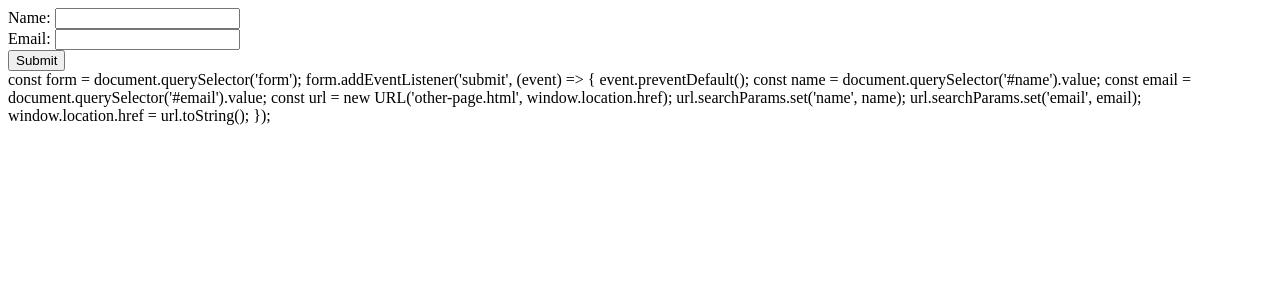
Repository: hisu87/WEB1043-JS
Page: Lab-Done-JS/Lab-7/html/three.html
These files come from the project's save history. The page is drawn as it stood at one moment and after the next save; the edit follows.
The browser window is 1280 px wide. The pictures show the whole page.

Above is the page before, as saved 2023-04-08 11:58:32.

### Lab-Done-JS/Lab-7/html/three.html

<!DOCTYPE html>
<html>
<head>
	<title>Form Submission</title>
</head>
<!-- In your HTML file -->
<form action="other-page.html" method="post">
  <label for="name">Name:</label>
  <input type="text" id="name" name="name"><br>

  <label for="email">Email:</label>
  <input type="email" id="email" name="email"><br>

  <button type="submit">Submit</button>
</form>

<!-- In your JavaScript file -->
const form = document.querySelector('form');
form.addEventListener('submit', (event) => {
  event.preventDefault();

  const name = document.querySelector('#name').value;
  const email = document.querySelector('#email').value;

  const url = new URL('other-page.html', window.location.href);
  url.searchParams.set('name', name);
  url.searchParams.set('email', email);

  window.location.href = url.toString();
});
</body>
</html>

After the next save:
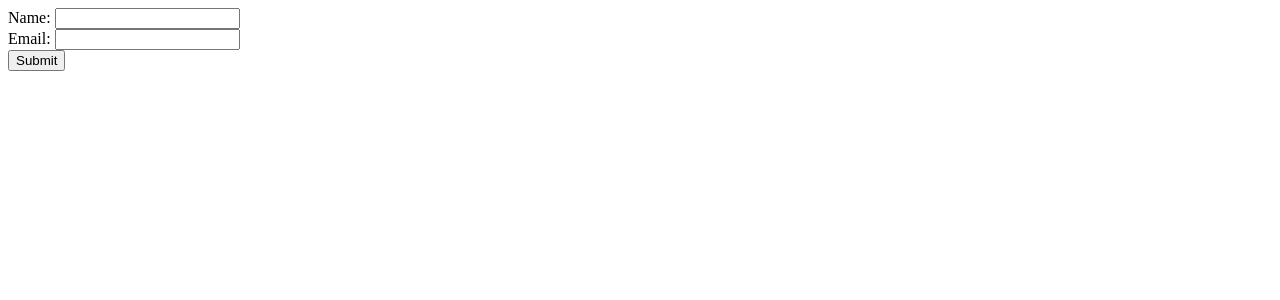
Saved 89 s later.
--- a/Lab-Done-JS/Lab-7/html/three.html
+++ b/Lab-Done-JS/Lab-7/html/three.html
@@ -1,33 +1,37 @@
-
 <!DOCTYPE html>
 <html>
+
 <head>
 	<title>Form Submission</title>
 </head>
 <!-- In your HTML file -->
-<form action="other-page.html" method="post">
-  <label for="name">Name:</label>
-  <input type="text" id="name" name="name"><br>
+<!-- In your HTML file -->
+<form action="reciver.html" method="post">
+	<label for="name">Name:</label>
+	<input type="text" id="name" name="name"><br>
 
-  <label for="email">Email:</label>
-  <input type="email" id="email" name="email"><br>
+	<label for="email">Email:</label>
+	<input type="email" id="email" name="email"><br>
 
-  <button type="submit">Submit</button>
+	<button type="submit">Submit</button>
 </form>
 
-<!-- In your JavaScript file -->
-const form = document.querySelector('form');
-form.addEventListener('submit', (event) => {
-  event.preventDefault();
+<script>
+	<!-- In your JavaScript file -->
+	const form = document.querySelector('form');
+	form.addEventListener('submit', (event) => {
+		event.preventDefault();
 
-  const name = document.querySelector('#name').value;
-  const email = document.querySelector('#email').value;
+		const name = document.querySelector('#name').value;
+		const email = document.querySelector('#email').value;
 
-  const url = new URL('other-page.html', window.location.href);
-  url.searchParams.set('name', name);
-  url.searchParams.set('email', email);
+		const url = new URL('other-page.html', window.location.href);
+		url.searchParams.set('name', name);
+		url.searchParams.set('email', email);
 
-  window.location.href = url.toString();
-});
+		window.location.href = url.toString();
+	});
+</script>
 </body>
+
 </html>
